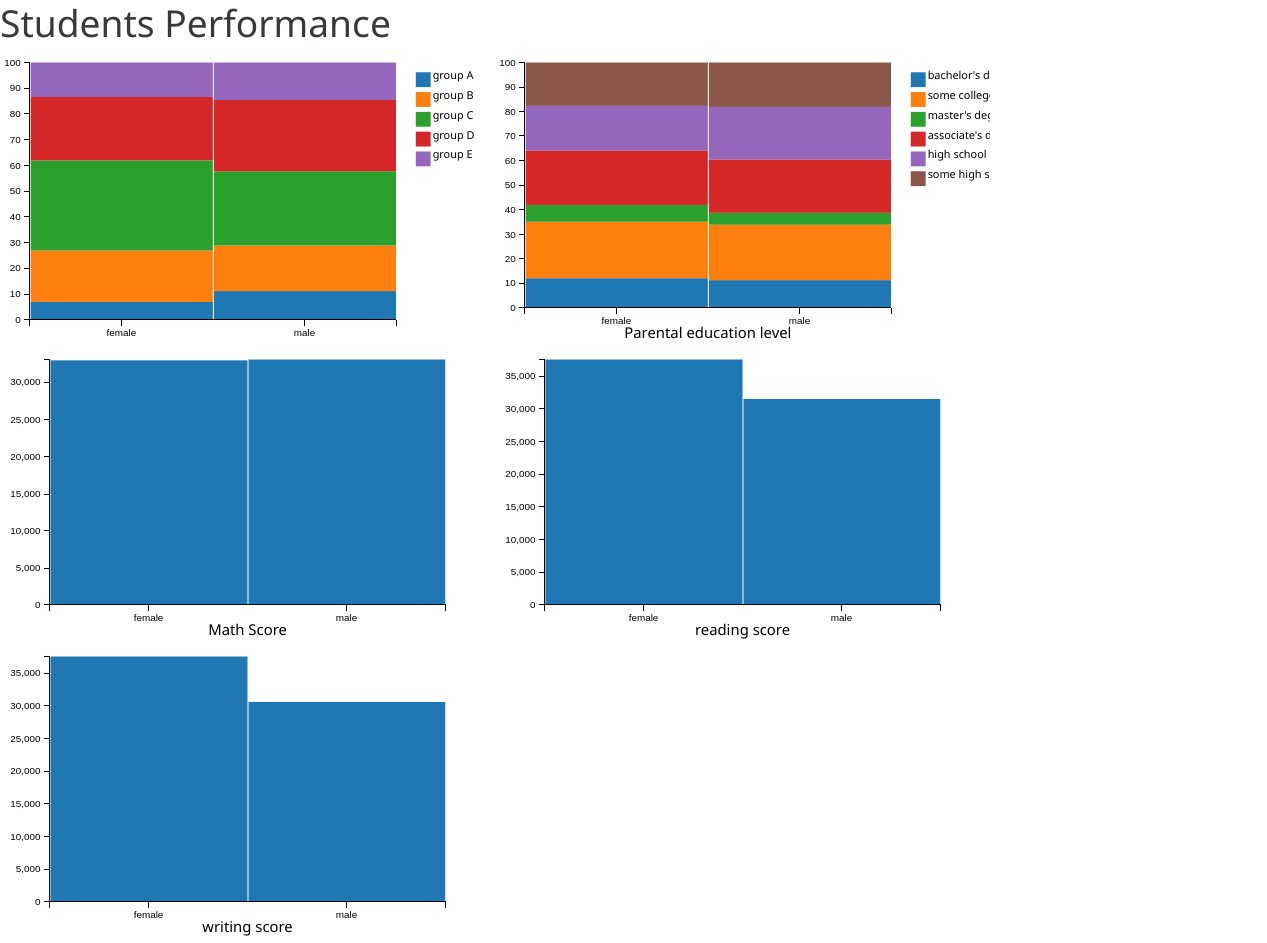
Repository: Baal89/second-milestone-project
Page: index.html
The author's editor kept a record of every edit. The page is drawn from the files as they stood at one moment, then again after the next edit.
The browser window is 1280 px wide. The pictures show the whole page, at 99% of full size.

Above is the page before.

After the next edit:
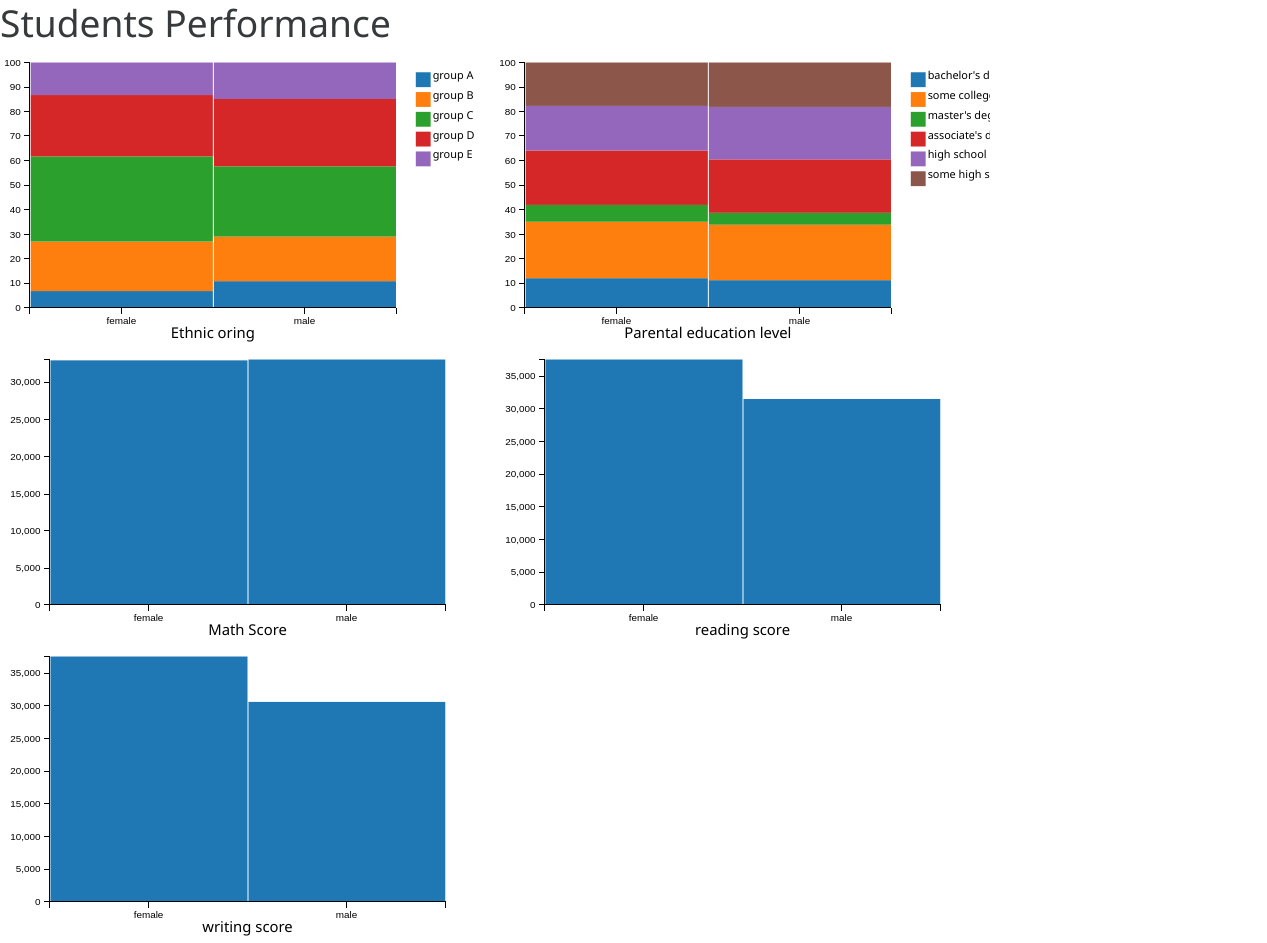
The edit:
--- a/static/js/graph.js
+++ b/static/js/graph.js
@@ -66,7 +66,8 @@
         .x(d3.scale.ordinal())
         .xUnits(dc.units.ordinal)
         .legend(dc.legend().x(420).y(20).itemHeight(15).gap(5))
-        .margins({ top: 10, right: 100, bottom: 30, left: 30 });
+        .margins({ top: 10, right: 100, bottom: 30, left: 30 })
+        .xAxisLabel("Ethnic oring")
 }
 
 function show_parental_level_of_education(ndx) {
